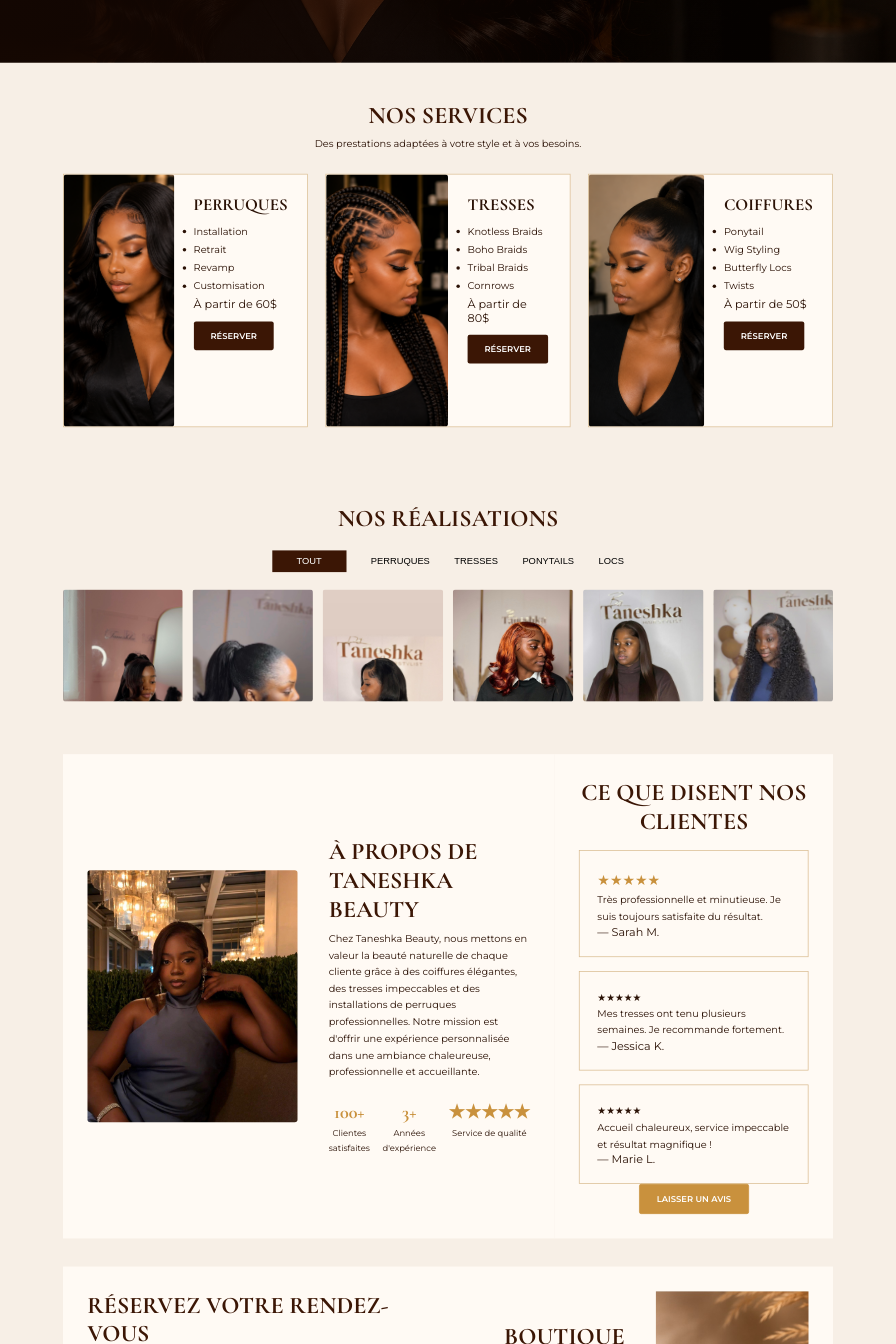
Repository: kngnepi/Taneshka-Beauty-House
Page: index.html
These files come from the project's save history. The page is drawn as it stood at one moment and after the next save; the edit follows.
The browser window is 1280 px wide. The pictures show the part of the page from y = 715 to 2635 px (the page is 3787 px tall before and 3857 px after), at 70% of full size.

Above is the page before, as saved 2026-07-05 17:19:19.

After the next save:
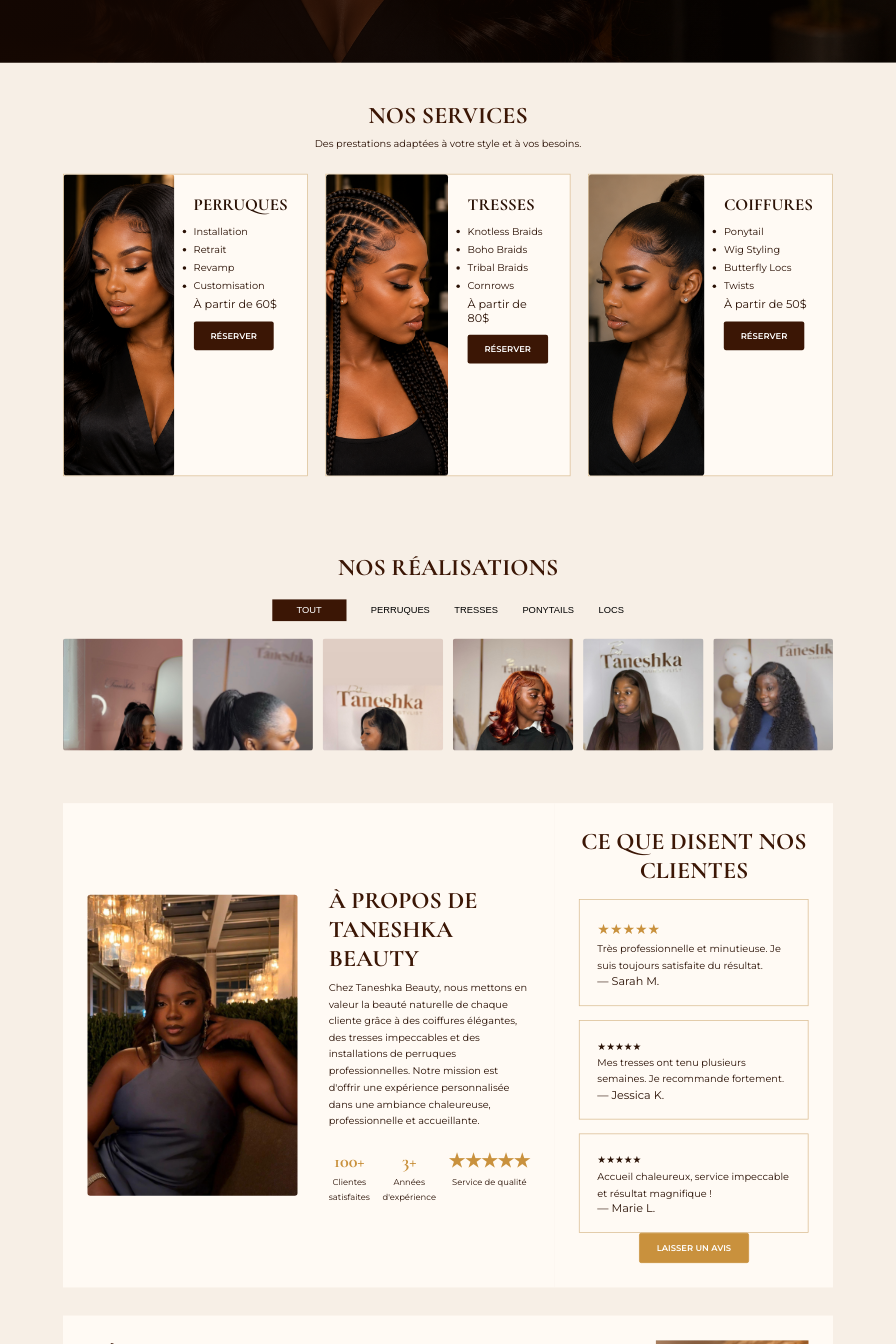
Saved 6 min 10 s later.
--- a/style.css
+++ b/style.css
@@ -172,7 +172,7 @@
 .portfolio-item,
 .about-img {
   width: 100%;
-  height: 360px;
+  height: 430px;
   background-image: url("images/about.jpg");
   background-size: cover;
   background-position: center top;
